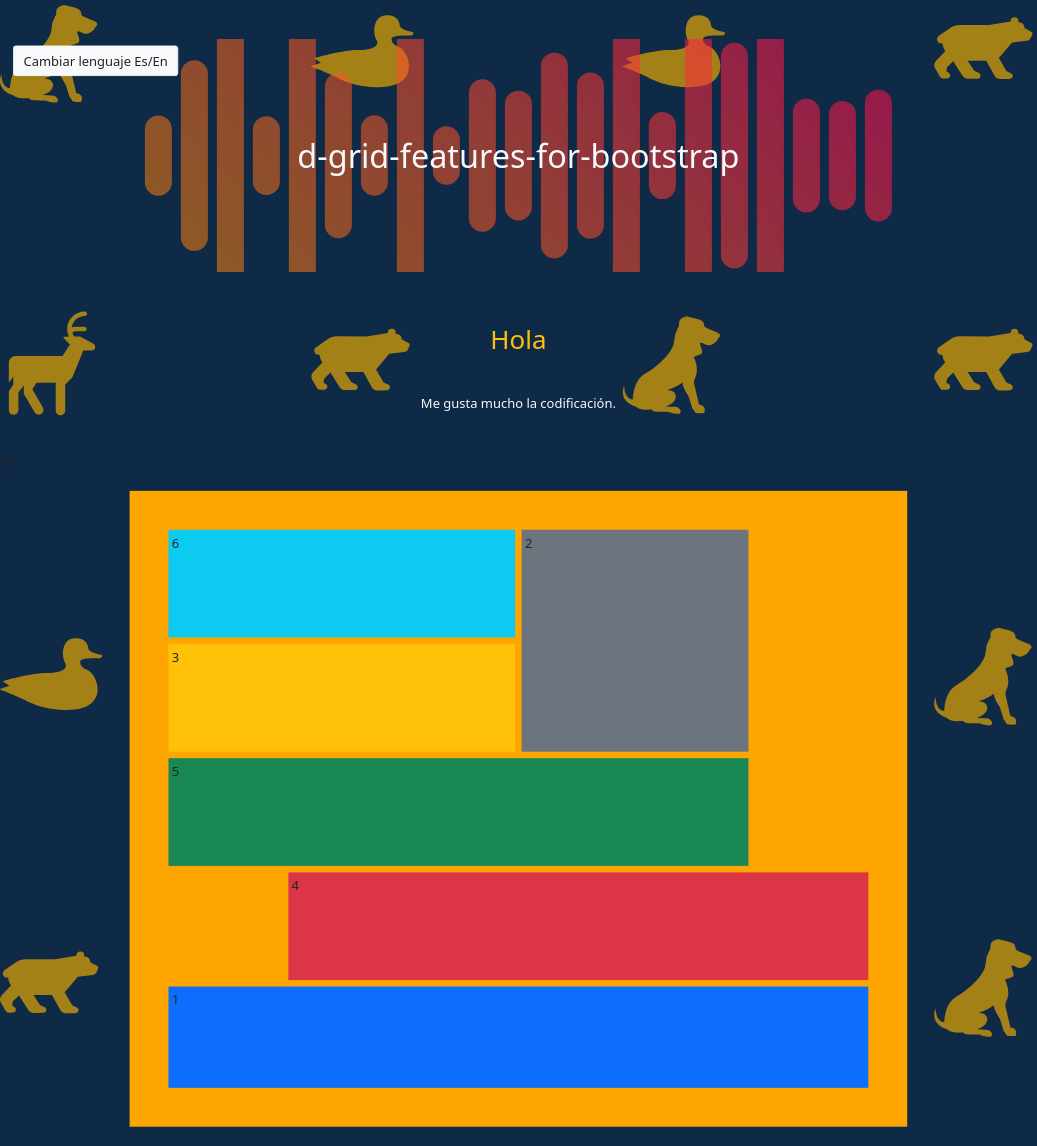
Repository: LynxPardelle/d-grid-features-for-bootstrap
Page: index.html
These files come from the project's save history. The page is drawn as it stood at one moment and after the next save; the edit follows.
The browser window is 1280 px wide. The pictures show the whole page, at 81% of full size.

Above is the page before, as saved 2021-10-20 23:52:25.

### index.html
<!DOCTYPE html>
<html lang="es">
  <head>
    <meta charset="UTF-8" />
    <meta http-equiv="X-UA-Compatible" content="IE=edge" />
    <meta name="viewport" content="width=device-width, initial-scale=1.0" />
    <meta name="author" content="Lynx Pardelle" />
    <title>d-grid-features-for-bootstrap</title>
    <link
      href="https://cdn.jsdelivr.net/npm/bootstrap@5.1.3/dist/css/bootstrap.min.css"
      rel="stylesheet"
      integrity="sha384-1BmE4kWBq78iYhFldvKuhfTAU6auU8tT94WrHftjDbrCEXSU1oBoqyl2QvZ6jIW3"
      crossorigin="anonymous"
    />
    <style>
      body {
        background-image: url("data:[embedded picture, 9376 characters]");
        background-size: cover;
        background-repeat: repeat;
        background-position: left top;
      }

      h1 {
        background-image: url("data:[embedded picture, 2297 characters]");
        background-size: cover;
        background-repeat: no-repeat;
        background-position: center center;
        padding: 7.5rem;
      }
    </style>
  </head>
  <body>
    <!-- Change Languaje -->
    <button id="switch-lang" onclick="SwitchLang()" class="d-block btn btn-light text-dark position-fixed mt-2 ms-3 ">
      <span data-lang="en">
        Switch Language Es/En
      </span>
      <span data-lang="es">
        Cambiar lenguaje Es/En
      </span>
    </button>

    <h1 class="text-center text-light my-5">d-grid-features-for-bootstrap</h1>

    <h2 class="text-center text-light p-3 m-3">
      <span data-lang="en" class="text-warning">Hello</span>
      <span data-lang="es" class="text-warning">Hola</span>
    </h2>

    <div class="text-center text-light p-3 m-3">
      <p data-lang="en">I really enjoy coding.</p>
      <p data-lang="es">Me gusta mucho la codificación.</p>
    </div>p>
    </div>

    <!-- <section class="d-grid bg-dark" data-gfbs data-gfbs-gtc="repeat(4, 1fr)" data-gfbs-gtr="repeat(2, 50px)" > -->
    <!-- <section class="d-grid bg-dark" data-gfbs data-gfbs-gta='"f f b c c a"" f f d e e a"'> -->
    <section
      class="d-grid w-75 mx-auto my-4"
      data-gfbs
      data-gfbs-custom="background-color: black; padding: 1rem;"
      data-gfbs-custom-sm="background-color: pink; padding: 2rem;"
      data-gfbs-custom-md="background-color: orange; padding: 3rem;"
      data-gfbs-gt='
      [row1-start] "a a b ." 12.5px [row1-end]
      [row2-start] "a a b ." 12.5px [row2-end]
      [row3-start] "c c b d" 12.5px [row3-end]
      [row4-start] "c c b d" 12.5px [row4-end]
      [row5-start] "e e e d" 12.5px [row5-end]
      [row6-start] "e e e d" 12.5px [row6-end]
      [row7-start] ". f f f" 12.5px [row7-end]
      [row8-start] ". f f f" 12.5px [row8-end]
      [row9-start] "g g g g" 25px [row9-end]
      / 2fr 1fr 1fr 3fr'
      data-gfbs-gt-sm='
      [row1-start] "a b b ." 25px [row1-end]
      [row2-start] "a b b ." 25px [row2-end]
      [row3-start] "c c c ." 25px [row3-end]
      [row4-start] "c c c ." 25px [row4-end]
      [row5-start] "e e d d" 25px [row5-end]
      [row6-start] "e e d d" 25px [row6-end]
      [row7-start] ". f f ." 25px [row7-end]
      [row8-start] ". f f ." 25px [row8-end]
      [row9-start] "g g g g" 50px [row9-end]
      / 1fr 2fr 2fr 1fr'
      data-gfbs-gt-md='
      [row1-start] "a a a b" 37.5px [row1-end]
      [row2-start] "a a a b" 37.5px [row2-end]
      [row3-start] "c c d d" 37.5px [row3-end]
      [row4-start] "c c d d" 37.5px [row4-end]
      [row5-start] "e e d d" 37.5px [row5-end]
      [row6-start] "e e d d" 37.5px [row6-end]
      [row7-start] "f f f f" 37.5px [row7-end]
      [row8-start] "g g g g" 37.5px [row8-end]
      [row9-start] "g g g g" 75px [row9-end]
      / 1fr 2fr 2fr 1fr'
      data-gfbs-gt-lg='
      [row1-start] "a a b ." 50px [row1-end]
      [row2-start] "a a b ." 50px [row2-end]
      [row3-start] "c c b d" 50px [row3-end]
      [row4-start] "c c b d" 50px [row4-end]
      [row5-start] "e e e d" 50px [row5-end]
      [row6-start] "e e e d" 50px [row6-end]
      [row7-start] ". f f f" 50px [row7-end]
      [row8-start] ". f f f" 50px [row8-end]
      [row9-start] "g g g g" 100px [row9-end]
      / 1fr 2fr 2fr 1fr'
      data-gfbs-gt-xl='
      [row1-start] "a a b ." 62.5px [row1-end]
      [row2-start] "a a b ." 62.5px [row2-end]
      [row3-start] "c c b d" 62.5px [row3-end]
      [row4-start] "c c b d" 62.5px [row4-end]
      [row5-start] "e e e d" 62.5px [row5-end]
      [row6-start] "e e e d" 62.5px [row6-end]
      [row7-start] ". f f f" 62.5px [row7-end]
      [row8-start] ". f f f" 62.5px [row8-end]
      [row9-start] "g g g g" 125px [row9-end]
      / 1fr 2fr 2fr 1fr'
      data-gfbs-gt-xxl='
      [row1-start] "a a b ." 87.5px [row1-end]
      [row2-start] "a a b ." 87.5px [row2-end]
      [row3-start] "c c b d" 87.5px [row3-end]
      [row4-start] "c c b d" 87.5px [row4-end]
      [row5-start] "e e e d" 87.5px [row5-end]
      [row6-start] "e e e d" 87.5px [row6-end]
      [row7-start] ". f f f" 87.5px [row7-end]
      [row8-start] ". f f f" 87.5px [row8-end]
      [row9-start] "g g g g" 150px [row9-end]
      / 1fr 2fr 2fr 1fr'
      data-gfbs-gap="0.5rem"
    >
      <!-- data-gfbs-cg="1rem"
      data-gfbs-rg="1rem" -->
      <div
        data-gfbs
        data-gfbs-iga="a"
        data-gfbs-iga-sm="g"
        class="bg-primary p-1"
      >
        1
      </div>

      <div data-gfbs data-gfbs-iga="b" class="bg-secondary p-1">2</div>
      <div data-gfbs data-gfbs-iga="c" class="bg-warning p-1">3</div>
      <div
        data-gfbs
        data-gfbs-iga="d"
        data-gfbs-iga-lg="f"
        class="bg-danger p-1"
      >
        4
      </div>
      <div data-gfbs data-gfbs-iga="e" class="bg-success p-1">5</div>
      <div data-gfbs data-gfbs-iga="f" data-gfbs-iga-md="a" class="bg-info p-1">
        6
      </div>
    </section>

    <script
      src="https://cdn.jsdelivr.net/npm/bootstrap@5.1.3/dist/js/bootstrap.bundle.min.js"
      integrity="sha384-ka7Sk0Gln4gmtz2MlQnikT1wXgYsOg+OMhuP+IlRH9sENBO0LRn5q+8nbTov4+1p"
      crossorigin="anonymous"
    ></script>
    <script src="./d-grid.js"></script>
    <script src="./langChanger.js"></script>
  </body>
</html>

### d-grid.js
"use strict";

function gridCreate(){
  let wWidth = window.innerWidth;
  let gridElements = document.querySelectorAll("[data-gfbs]");

  function checkIfHasBP(gridElement, atr) {
    let hasIt = false;
    for (let attribute of gridElement.attributes) {
      let at = attribute.localName;
      if (at.includes(atr)) {
        switch (true) {
          case at.includes("-sm") && wWidth >= 576 && wWidth < 768:
            hasIt = true;
            break;
          case at.includes("-md") && wWidth >= 768 && wWidth < 992:
            hasIt = true;
            break;
          case at.includes("-lg") && wWidth >= 992 && wWidth < 1200:
            hasIt = true;
            break;
          case at.includes("-xl") && wWidth >= 1200 && wWidth < 1400:
            hasIt = true;
            break;
          case at.includes("-xxl") && wWidth >= 1400:
            hasIt = true;
            break;
        }
      }
    }

    return hasIt;
  }

  for (let gridElement of gridElements) {
    for (let attribute of gridElement.attributes) {
      let at = attribute.localName;
      let attValue = attribute.value;

      if (
        at.includes("gfbs-") &&
        ((!at.includes("-sm") &&
          !at.includes("-md") &&
          !at.includes("-lg") &&
          !at.includes("-xl") &&
          !at.includes("-xxl") &&
          !checkIfHasBP(gridElement, at)) ||
          (at.includes("-sm") &&
            wWidth >= 576 &&
            (!at.includes("-md") || (at.includes("-md") && wWidth < 768)) &&
            (!at.includes("-lg") || (at.includes("-lg") && wWidth < 992)) &&
            (!at.includes("-xl") || (at.includes("-xl") && wWidth < 1200)) &&
            (!at.includes("-xll") || (at.includes("-xxl") && wWidth < 1400))) ||
          (at.includes("-md") &&
            wWidth >= 768 &&
            (!at.includes("-lg") || (at.includes("-lg") && wWidth < 992)) &&
            (!at.includes("-xl") || (at.includes("-xl") && wWidth < 1200)) &&
            (!at.includes("-xll") || (at.includes("-xxl") && wWidth < 1400))) ||
          (at.includes("-lg") &&
            wWidth >= 992 &&
            (!at.includes("-xl") || (at.includes("-xl") && wWidth < 1200)) &&
            (!at.includes("-xll") || (at.includes("-xxl") && wWidth < 1400))) ||
          (at.includes("-xl") &&
            wWidth >= 1200 &&
            (!at.includes("-xll") || (at.includes("-xxl") && wWidth < 1400))) ||
          (at.includes("-xxl") && wWidth >= 1400))
      ) {
        switch (true) {
          /* Container */
          case at.includes("custom"):
            gridElement.style.cssText += attValue;
            break;
          case at.includes("gtc"):
            gridElement.style.gridTemplateColumns = attValue;
            break;
          case at.includes("gtr"):
            gridElement.style.gridTemplateRows = attValue;
            break;
          case at.includes("gta"):
            gridElement.style.gridTemplateAreas = attValue;
            break;
          case at.includes("gt"):
            gridElement.style.gridTemplate = attValue;
            break;
          case at.includes("cg"):
            gridElement.style.columnGap = attValue;
            break;
          case at.includes("rg"):
            gridElement.style.rowGap = attValue;
            break;
          case at.includes("gap"):
            gridElement.style.gap = attValue;
            break;
          case at.includes("ji"):
            gridElement.style.justifyItems = attValue;
            break;
          case at.includes("ai"):
            gridElement.style.alignItems = attValue;
            break;
          case at.includes("pi"):
            gridElement.style.placeItems = attValue;
            break;
          case at.includes("jc"):
            gridElement.style.justifyContent = attValue;
            break;
          case at.includes("ac"):
            gridElement.style.alignContent = attValue;
            break;
          case at.includes("pc"):
            gridElement.style.placeContent = attValue;
            break;
          case at.includes("gac"):
            gridElement.style.gridAutoColumns = attValue;
            break;
          case at.includes("gar"):
            gridElement.style.gridAutoRows = attValue;
            break;
          case at.includes("gaf"):
            gridElement.style.gridAutoFlow = attValue;
            break;
          case at.includes("grid"):
            gridElement.style.grid = attValue;
            break;

          /* Item */
          case at.includes("gcs"):
            gridElement.style.gridColumnStart = attValue;
            break;
          case at.includes("gce"):
            gridElement.style.gridColumnEnd = attValue;
            break;
          case at.includes("gc"):
            gridElement.style.gridColumn = attValue;
            break;
          case at.includes("grs"):
            gridElement.style.gridRowStart = attValue;
            break;
          case at.includes("gre"):
            gridElement.style.gridRowEnd = attValue;
            break;
          case at.includes("gr"):
            gridElement.style.gridRow = attValue;
            break;
          case at.includes("iga"):
            gridElement.style.gridArea = attValue;
            break;
          case at.includes("js"):
            gridElement.style.justifySelf = attValue;
            break;
          case at.includes("as"):
            gridElement.style.alignSelf = attValue;
            break;
          case at.includes("ps"):
            gridElement.style.placeSelf = attValue;
            break;
        }
      }
    }
  }
}

window.onload = gridCreate();
window.addEventListener("resize", gridCreate);

### langChanger.js
let langEs = false;
let langEn = true;

let elementsEs = document.querySelectorAll('[data-lang="es"]');
let elementsEn = document.querySelectorAll('[data-lang="en"]');

for (let element of elementsEn) {
  element.classList.add("d-none");
}

// document.getElementById("switch-lang").addEventListener("click", SwitchLang());
function SwitchLang() {
  langEs = !langEs;
  langEn = !langEn;

  console.log(langEs);
  console.log(langEn);
  switch (true) {
    case langEs === true:
      for (let element of elementsEn) {
        if (!hasClass(element, "d-none")) {
          element.classList.add("d-none");
        }
      }
      for (let element of elementsEs) {
        if (hasClass(element, "d-none")) {
          element.classList.remove("d-none");
        }
      }
      break;
    case langEn === true:
      for (let element of elementsEs) {
        if (!hasClass(element, "d-none")) {
          element.classList.add("d-none");
        }
      }
      for (let element of elementsEn) {
        if (hasClass(element, "d-none")) {
          element.classList.remove("d-none");
        }
      }
      break;
  }
}

function hasClass(element, className) {
  return (" " + element.className + " ").indexOf(" " + className + " ") > -1;
}

After the next save:
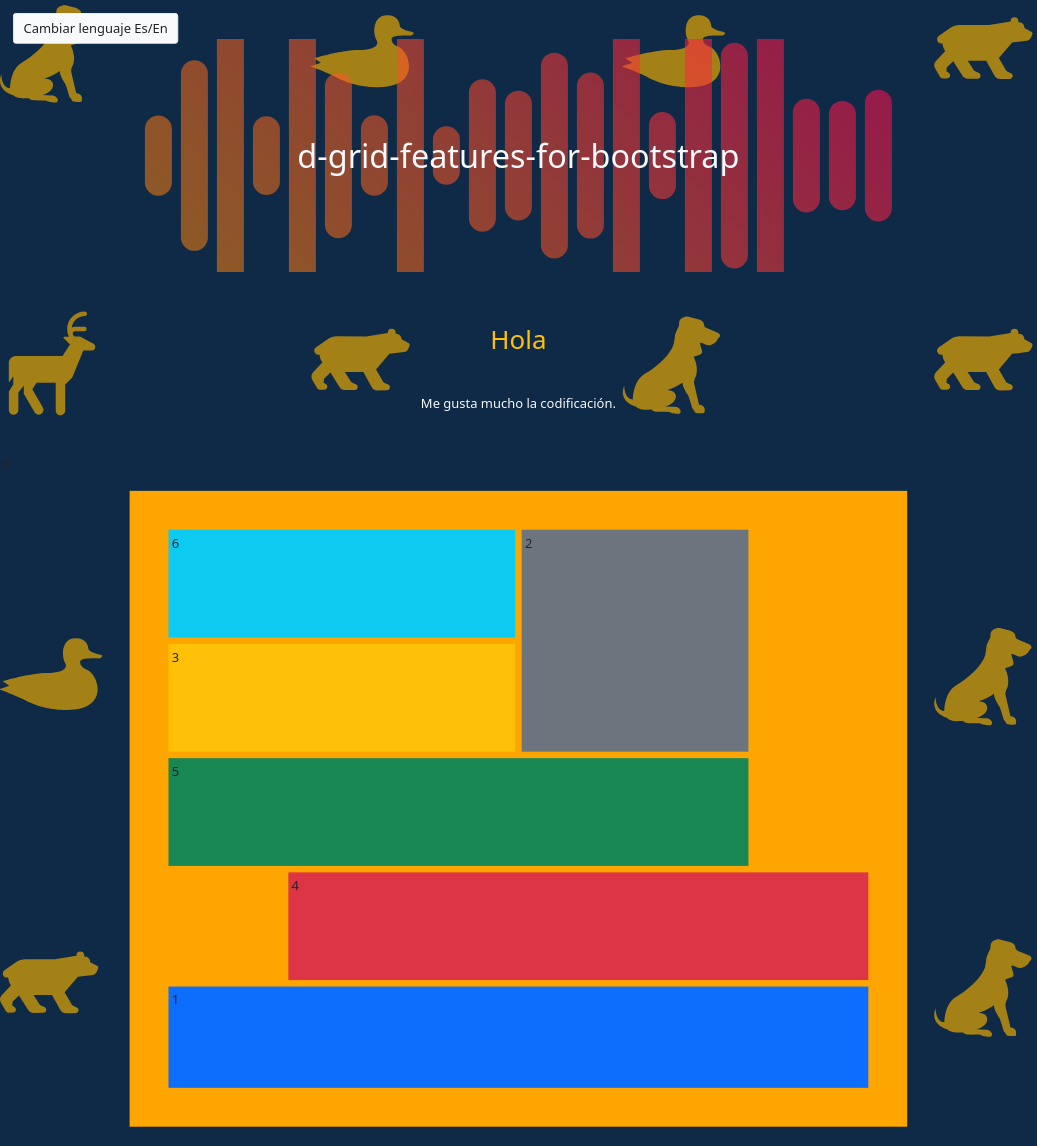
Saved 36 s later.
--- a/index.html
+++ b/index.html
@@ -31,7 +31,7 @@
   </head>
   <body>
     <!-- Change Languaje -->
-    <button id="switch-lang" onclick="SwitchLang()" class="d-block btn btn-light text-dark position-fixed mt-2 ms-3 ">
+    <button id="switch-lang" onclick="SwitchLang()" class="d-block btn btn-light text-dark position-fixed top-0 start-0 mt-3 ms-3 ">
       <span data-lang="en">
         Switch Language Es/En
       </span>
